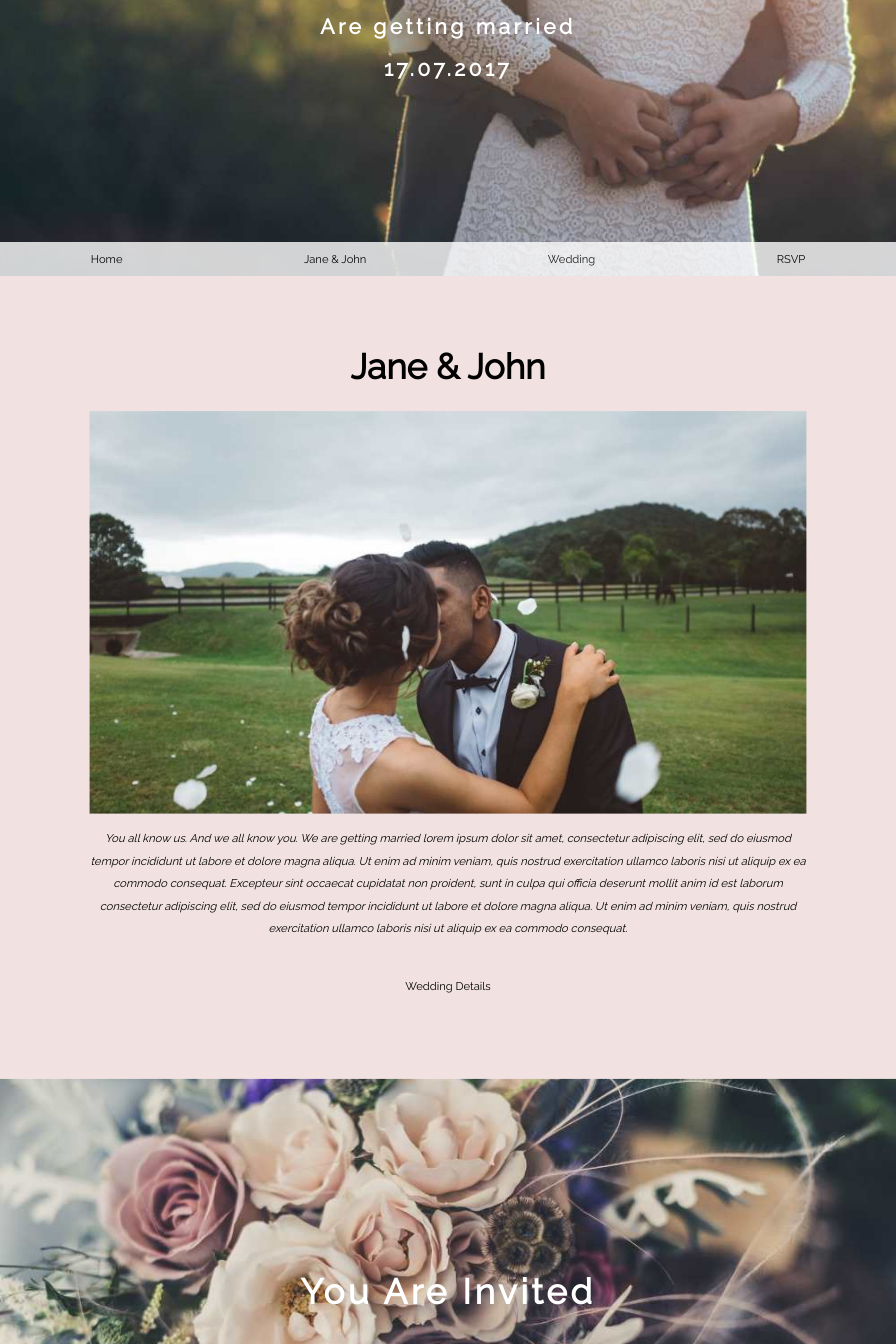
Repository: hesshess/clonecoding-assignment
Page: 4-wedding-invitation/template4.html
The author's editor kept a copy of each file at every save. The page is drawn from the files as they stood at one save, then again after the next save.
The browser window is 1280 px wide. The pictures show the part of the page from y = 325 to 2245 px (the page is 4056 px tall), at 70% of full size.

Above is the page before, as saved 2022-03-17 18:27:35.

### 4-wedding-invitation/template4.html
<!DOCTYPE html>
<html>
<head>
<title>W3.CSS Template</title>
<meta charset="UTF-8">
<meta name="viewport" content="width=device-width, initial-scale=1">
<link rel="stylesheet" href="./template4.css">
<link rel="stylesheet" href="https://fonts.googleapis.com/css?family=Raleway">
<style>
</style>
</head>
<body>

<!-- Header / Home-->
<header class="bgimg full" style="background-image: url('./img/wedding_couple.jpg');" id="home">
    <h1 >Jane & John</h1>
    <h2>Are getting married</h2>
    <h2><b>17.07.2017</b></h2>
</header>

<!-- Navbar (sticky bottom) -->

  <nav>
    <a href="#home">Home</a>
    <a href="#us" >Jane & John</a>
    <a href="#wedding">Wedding</a>
    <a href="#rsvp">RSVP</a>
  </nav>


<!-- About / Jane And John -->
<div  id="us">
  <div class="center">
    <h1 >Jane & John</h1>
    <img  src="./img/wedding_couple2.jpg">
    <p><i>You all know us. And we all know you. We are getting married lorem ipsum dolor sit amet, consectetur adipiscing elit, sed do eiusmod tempor incididunt ut labore et dolore magna aliqua. Ut enim ad minim veniam, quis nostrud exercitation ullamco laboris nisi ut aliquip ex ea commodo consequat. Excepteur sint
      occaecat cupidatat non proident, sunt in culpa qui officia deserunt mollit anim id est laborum consectetur adipiscing elit, sed do eiusmod tempor incididunt ut labore et dolore magna aliqua. Ut enim ad minim veniam, quis nostrud exercitation ullamco
      laboris nisi ut aliquip ex ea commodo consequat.</i>
    </p><br>
    <p ><a href="#wedding" >Wedding Details</a></p>
  </div>
</div>

<!-- Background photo -->
<div class="bgimg2 full" style ="background-image: url('./img/flowers.jpg');">
  <div >
    <h1 >You Are Invited</h1><br>
    <h2>Of course..</h2>
  </div>
</div>

<!-- Wedding information -->
<div  id="wedding">
  <div>
    <h1 ><b>THE WEDDING</b></h1>
    <img  src="./img/wedding_location.jpg" s>
    <div>
      <div >
        <h2>When</h2>
        <p>Wedding Ceremony - 2:00pm</p>
        <p>Reception & Dinner - 5:00pm</p>
      </div>
      <div >
        <h2>Where</h2>
        <p>Some place, an address</p>
        <p>Some where, some address</p>
      </div>
    </div>
  </div>
</div>

<!-- RSVP section -->
<div  id="rsvp">
  <h1>HOPE YOU CAN MAKE IT!</h1>
  <p >Kindly Respond By January, 2017</p>
  <p >
    <div>RSVP</div>
  </p>
</div>

<!-- Footer -->
<footer >
  <p>Powered by w3.css</p>
</footer>

</body>
</html>

### 4-wedding-invitation/template4.css
@charset "UTF-8";
body,
h1,
h2 {
  font-family: 'Raleway', sans-serif;
  margin-top: 0;
}
body,
html {
  box-sizing: border-box;
  margin: 0;
  height: 100%;
}
h1 {
  font-size: 50px;
}
h2 {
  font-size: 30px;
}
h3 {
  font-size: 25px;
  font-weight: 100;
}
h4 {
  font-size: 20px;
}
h5 {
  font-size: 15px;
}
h6 {
  font-size: 10px;
}
p {
  line-height: 2;
}
a {
  padding: 10px 70px;
  text-decoration: none;
  color: black;
}
a:hover {
  background-color: lightgray;
  border-radius: 1px;
}
.bgimg,
.bgimg2 {
  min-height: 100%;
  background-position: center;
  background-size: cover;
}
.full {
  height: 100%;
  width: 100%;
  display: flex;
  flex-direction: column;
  justify-content: center;
  align-items: center;
  color: white;
  letter-spacing: 5px;
}
nav {
  box-sizing: border-box;
  width: 100vw;
  display: flex;
  padding: 5px 0;
  justify-content: space-around;
  position: fixed;
  bottom: 0;
  background-color: white;
  z-index: 2;
  opacity: 0.8;
}
#us {
  background-color: #f1e1e1;
  display: flex;
  flex-direction: column;
  justify-content: center;
  align-items: center;
  text-align: center;
}
img {
  width: 100%;
}

.center {
  width: 80%;
  padding: 100px;
}
.center:first,
.center:nth-child(2) {
  opacity: 0.8;
}

After the next save:
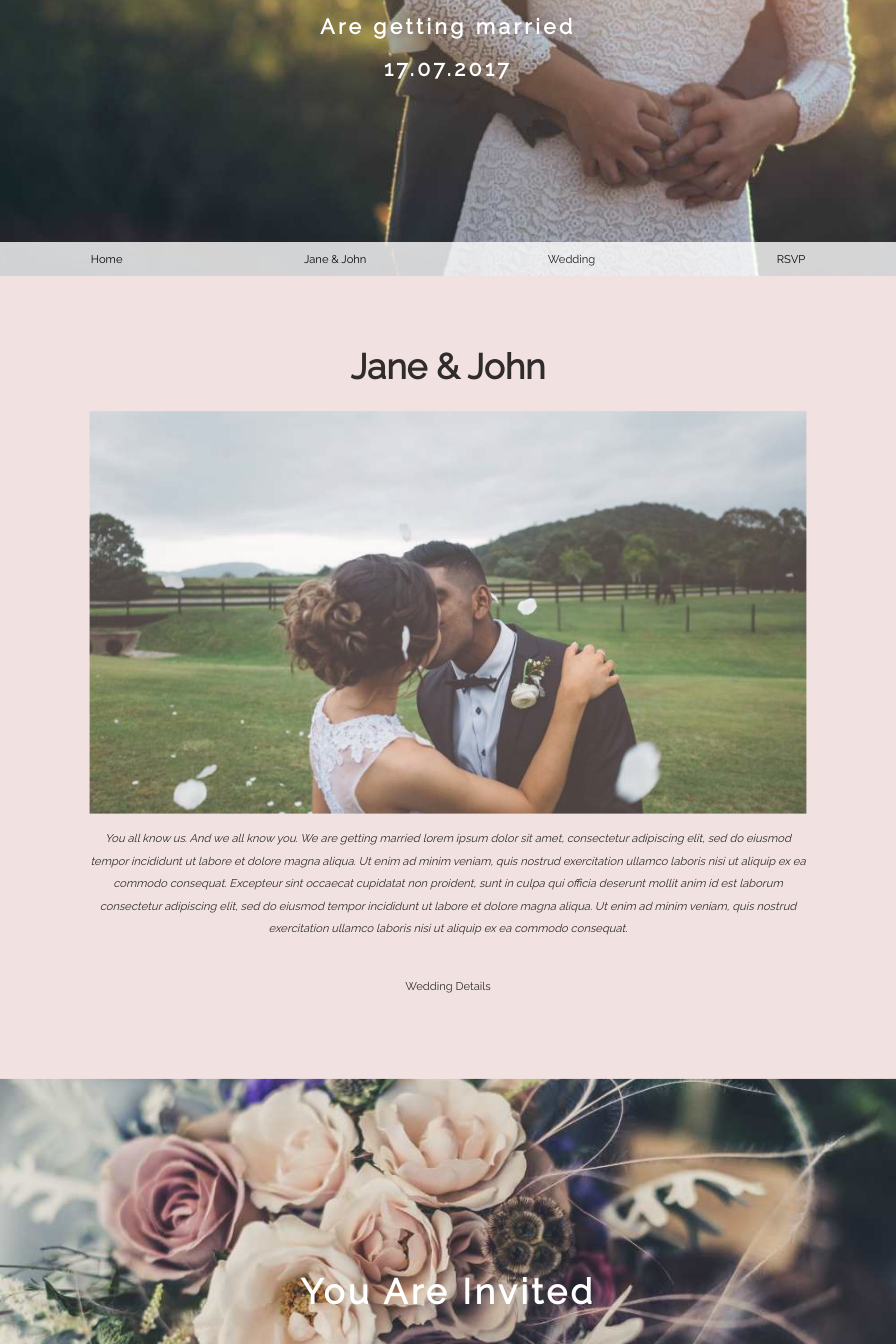
Saved 33 s later.
--- a/4-wedding-invitation/template4.css
+++ b/4-wedding-invitation/template4.css
@@ -86,7 +86,7 @@ img {
   width: 80%;
   padding: 100px;
 }
-.center:first,
+.center:first-child,
 .center:nth-child(2) {
   opacity: 0.8;
 }
